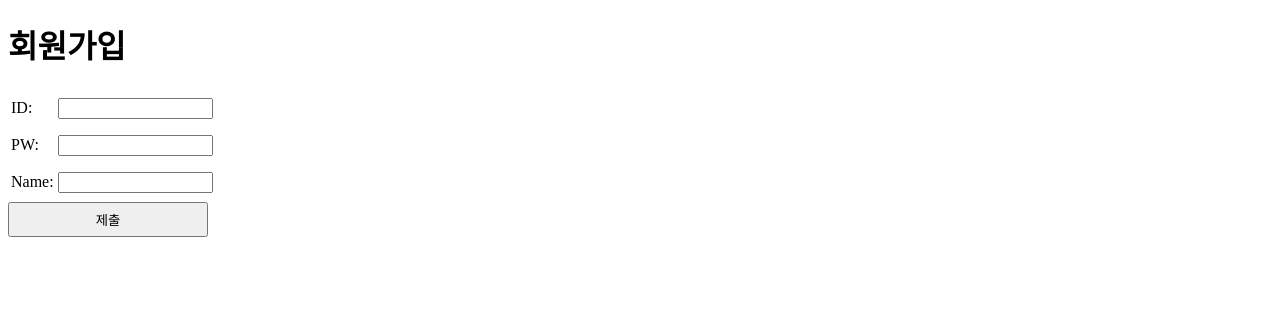
Repository: euniiee/test11
Page: http://localhost/Project/memChange.jsp
These files come from the project's save history. The page is drawn as it stood at one moment and after the next save; the edit follows.
The browser window is 1280 px wide. The pictures show the whole page.
The page is served by Tomcat 9. Other server files are loaded and not shown.

Above is the page before, as saved 2023-02-01 02:02:25.

### Project/WebContent/memChange.jsp
<%@ page language="java" contentType="text/html; charset=UTF-8"
    pageEncoding="UTF-8"%>
<!DOCTYPE html>
<html>
<head>
<meta charset="UTF-8">
<title>Insert title here</title>
<script src="https://code.jquery.com/jquery-3.6.3.js" integrity="sha256-nQLuAZGRRcILA+6dMBOvcRh5Pe310sBpanc6+QBmyVM=" crossorigin="anonymous"></script>
</head>
<body>
	<form style="width:200px">
		<h1>회원가입</h1>
		<table>
			<tr style="height:35px;">
				<td>ID:</td>
				<td><input style="width:100%;"type="text" class="id" name="id"  required></td>
			</tr>
			<tr  style="height:35px;">
				<td>PW:</td>
				<td><input style="width:100%;" type="password" class="pw" name="pw" required></td>
			</tr>
				<tr style="height:35px;">
				<td>Name:</td>
				<td><input style="width:100%;" type="text" class="name" name="name" required></td>
			</tr>
		</table>
			<input class="submit" type="submit" value="제출" style="width:100%;  height:35px; margin-bottom:5px"><br>
	</form>
</body>
</html>

After the next save:
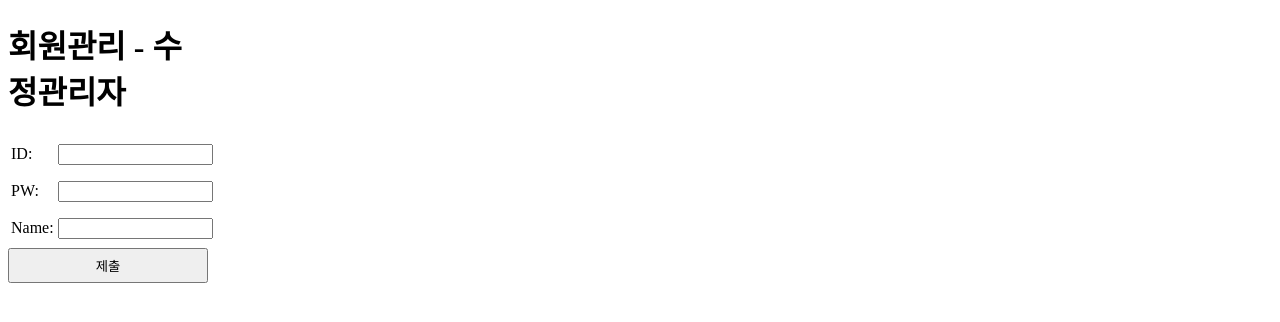
Saved 16 s later.
--- a/Project/WebContent/memChange.jsp
+++ b/Project/WebContent/memChange.jsp
@@ -9,7 +9,7 @@
 </head>
 <body>
 	<form style="width:200px">
-		<h1>회원가입</h1>
+		<h1>회원관리 - 수정관리자</h1>
 		<table>
 			<tr style="height:35px;">
 				<td>ID:</td>
